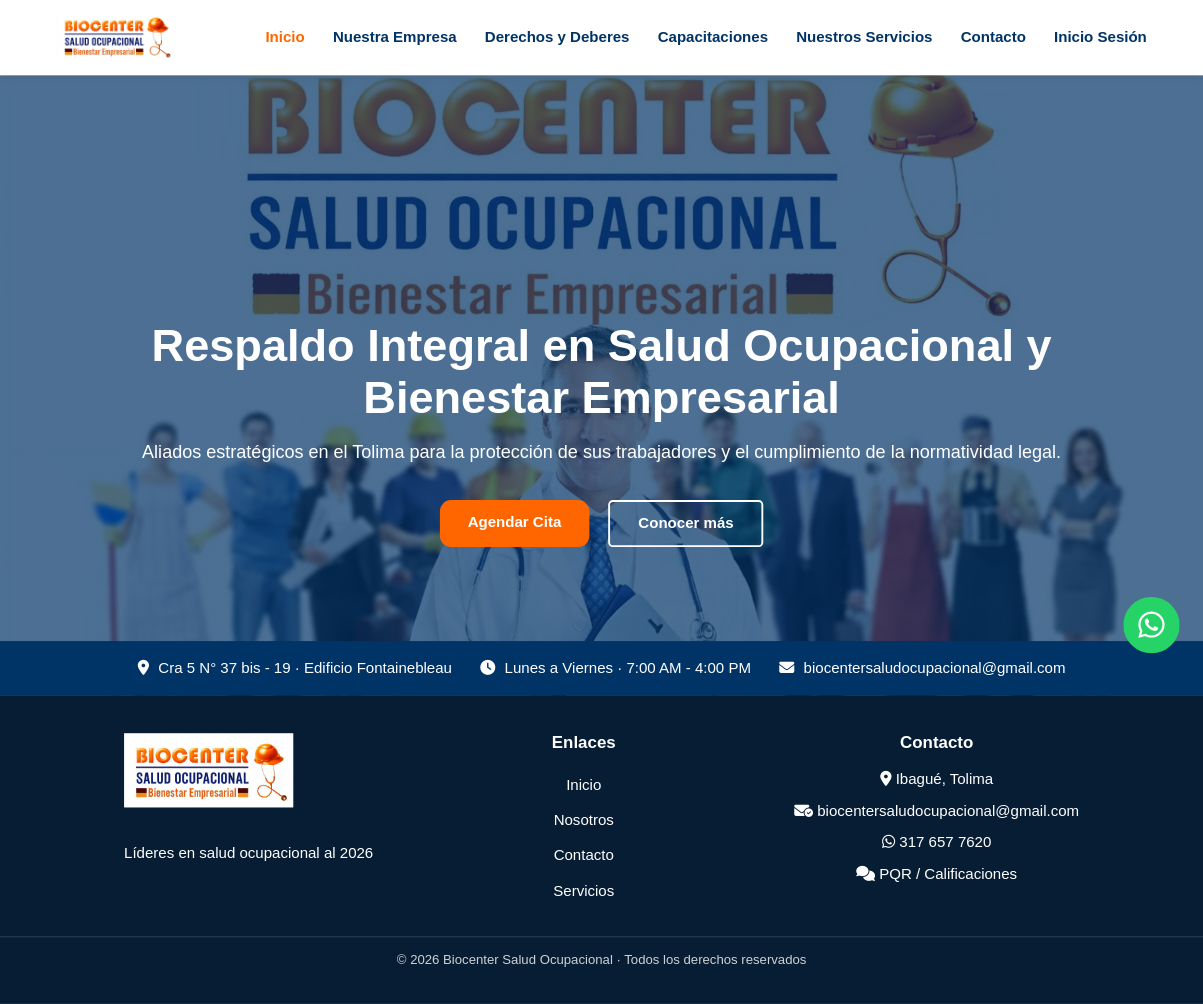
Repository: Miguelperdomo/Biocenter
Page: index.html
An editor plug-in stored every save of this project. The page is shown before and after the next save, followed by the edit.
The browser window is 1280 px wide. The pictures show the whole page, at 94% of full size.

Above is the page before, as saved 2026-02-13 12:08:50.

### index.html
<!DOCTYPE html>
<html lang="es">
<head>
    <meta charset="UTF-8">
    <meta name="viewport" content="width=device-width, initial-scale=1.0">
    <link rel="icon" href="imagenes/logo-biocenter.png" type="image/png">
    <title>Biocenter Salud Ocupacional | Bienestar Empresarial</title>
    <meta name="description" content="Especialistas en salud ocupacional y bienestar integral en el Tolima.">
    <link rel="stylesheet" href="diseno/style.css">
    <link rel="stylesheet"
          href="https://cdnjs.cloudflare.com/ajax/libs/font-awesome/6.5.1/css/all.min.css">
</head>

<!-- ================= INCIO DEL PQR  ================= -->
<div class="pqr-modal" id="pqrModal">
  <div class="pqr-box">

    <button class="pqr-close" id="closePqr">&times;</button>

    <h2>PQR y Calificaciones</h2>
    <p class="pqr-sub">
      Tu opinión es muy importante para nosotros 💙
    </p>

    <form action="PHP/enviar_pqr.php" method="POST">

      <div class="pqr-group">
        <label>Nombre completo</label>
        <input type="text" name="nombre" required>
      </div>

      <div class="pqr-group">
        <label>Correo electrónico</label>
        <input type="email" name="correo" required>
      </div>

      <div class="pqr-group">
        <label>Tipo de solicitud</label>
        <select name="tipo" required>
          <option value="">Selecciona una opción</option>
          <option>Petición</option>
          <option>Queja</option>
          <option>Reclamo</option>
          <option>Felicitación</option>
        </select>
      </div>

      <div class="pqr-group">
        <label>Mensaje</label>
        <textarea rows="4" name="mensaje" required></textarea>
      </div>

      <div class="pqr-rating">
        <span>Calificación</span>

        <div class="rating-stars">
            <input type="radio" name="rating" id="star5" value="5" required>
            <label for="star5">★</label>

            <input type="radio" name="rating" id="star4" value="4">
            <label for="star4">★</label>

            <input type="radio" name="rating" id="star3" value="3">
            <label for="star3">★</label>

            <input type="radio" name="rating" id="star2" value="2">
            <label for="star2">★</label>

            <input type="radio" name="rating" id="star1" value="1">
            <label for="star1">★</label>
        </div>
        </div>


      <button class="pqr-btn">
        <i class="fa-solid fa-paper-plane"></i> Enviar PQR
      </button>

    </form>
  </div>
</div>

        <div class="modal-overlay" id="modalConfirm">
            <div class="modal-box">
                <h3 id="modalTitle"></h3>
                    <p id="modalMsg"></p>
                        <button class="btn-primary" id="closeModal">Aceptar</button>
            </div>
        </div>



<body>


<!-- ================= FIN DEL PQR  ================= -->


<!-- ================= INCIO DEL HEADER ================= -->
<header class="menu-desplegable">
    <nav class="container">
        <div class="logo">
            <a href="index.html">
                <img src="imagenes/logo-biocenter.png" alt="Logo Biocenter">
            </a>
        </div>

        <ul class="nav-menu">
            <li><a href="index.html" class="active">Inicio</a></li>
            <li><a href="nosotros.html">Nuestra Empresa</a></li>
            <li><a href="derechos_deberes.html">Derechos y Deberes</a></li>
            <li><a href="capacitaciones.html">Capacitaciones</a></li>
            <li><a href="servicios.html">Nuestros Servicios</a></li>
            <li><a href="contacto.html">Contacto</a></li>
             <li><a href="*">Inicio Sesión</a></li>
        </ul>

        <div class="nav-toggle">
            <i class="fas fa-bars"></i>
        </div>
    </nav>
</header>
<!-- ================= FIN DEL HEADER ================= -->


<!-- ================= INCIO DEL CUYERPO DE LA PAGINA  ================= -->
<section class="hero">
    <div class="hero-content container">
        <h1>Respaldo Integral en Salud Ocupacional y Bienestar Empresarial</h1>
        <p>
            Aliados estratégicos en el Tolima para la protección de sus trabajadores
            y el cumplimiento de la normatividad legal.
        </p>

        <div class="hero-buttons">
            <a href="https://wa.me/573176577620" class="btn btn-primary">Agendar Cita</a>
            <a href="contacto.html" class="btn btn-secondary">Conocer más</a>
        </div>
    </div>
</section>


<!-- ================= INFO BAR ================= -->
<section class="info-bar">
    <div class="info-container">
        <div class="info-item">
            <i class="fas fa-map-marker-alt"></i>
            <span>Cra 5 N° 37 bis - 19 · Edificio Fontainebleau</span>
        </div>

        <div class="info-item">
            <i class="fas fa-clock"></i>
            <span>Lunes a Viernes · 7:00 AM - 4:00 PM</span>
        </div>

        <div class="info-item">
            <i class="fas fa-envelope"></i>
            <span>biocentersaludocupacional@gmail.com</span>
        </div>
    </div>
</section>



<!-- ================= FIN DEL CUYERPO DE LA PAGINA  ================= -->

<!-- ================= INCIIO FOOTER ================= -->
<footer class="footer">
    <div class="footer-container">

        <div class="footer-col">
            <img src="imagenes/logo-biocenter.png" alt="Biocenter">
            <p>Líderes en salud ocupacional al 2026</p>
        </div>


        <div class="enlaces">
            <h4>Enlaces</h4>
            <a href="index.html">Inicio</a>
            <a href="nosotros.html">Nosotros</a>
            <a href="contacto.html">Contacto</a>
            <a href="servicios.html">Servicios</a>
        </div>

        <div>
            <h4>Contacto</h4>
            <p><a href="https://maps.app.goo.gl/pr1ibKEtwjQL5PTQ7" target="_blank" class="footer-link"><i class="fas fa-map-marker-alt"></i> Ibagué, Tolima</a></p>
            <p><a href="mailto:biocentersaludocupacional@gmail.com" class="footer-link"> <i class="fa-solid fa-envelope-circle-check"></i> biocentersaludocupacional@gmail.com </a></p>
            <p><i class="fab fa-whatsapp"></i> 317 657 7620</p>

            <!-- PQR Link -->
            <a href="#" id="openPqr" class="pqr-link">
                <i class="fa-solid fa-comments"></i> PQR / Calificaciones
            </a>
        </div>
    </div>
    <div class="footer-copy">
        © <span id="year"></span> Biocenter Salud Ocupacional · Todos los derechos reservados
    </div>
</footer>

<!-- ================= WHATSAPP ================= -->
<a href="https://wa.me/573176577620" class="whatsapp-float" target="_blank">
    <i class="fab fa-whatsapp"></i>
</a>
<!-- ================= FIN ================= -->

<!-- ================= FIN FOOTER ================= -->
<script>
  document.getElementById("year").textContent = new Date().getFullYear();
</script>


<script src="JS/main.js"></script>
</body>
</html>

Loaded but not shown: JS/main.js (129 lines, source omitted); diseno/style.css (1913 lines, source omitted)

After the next save:
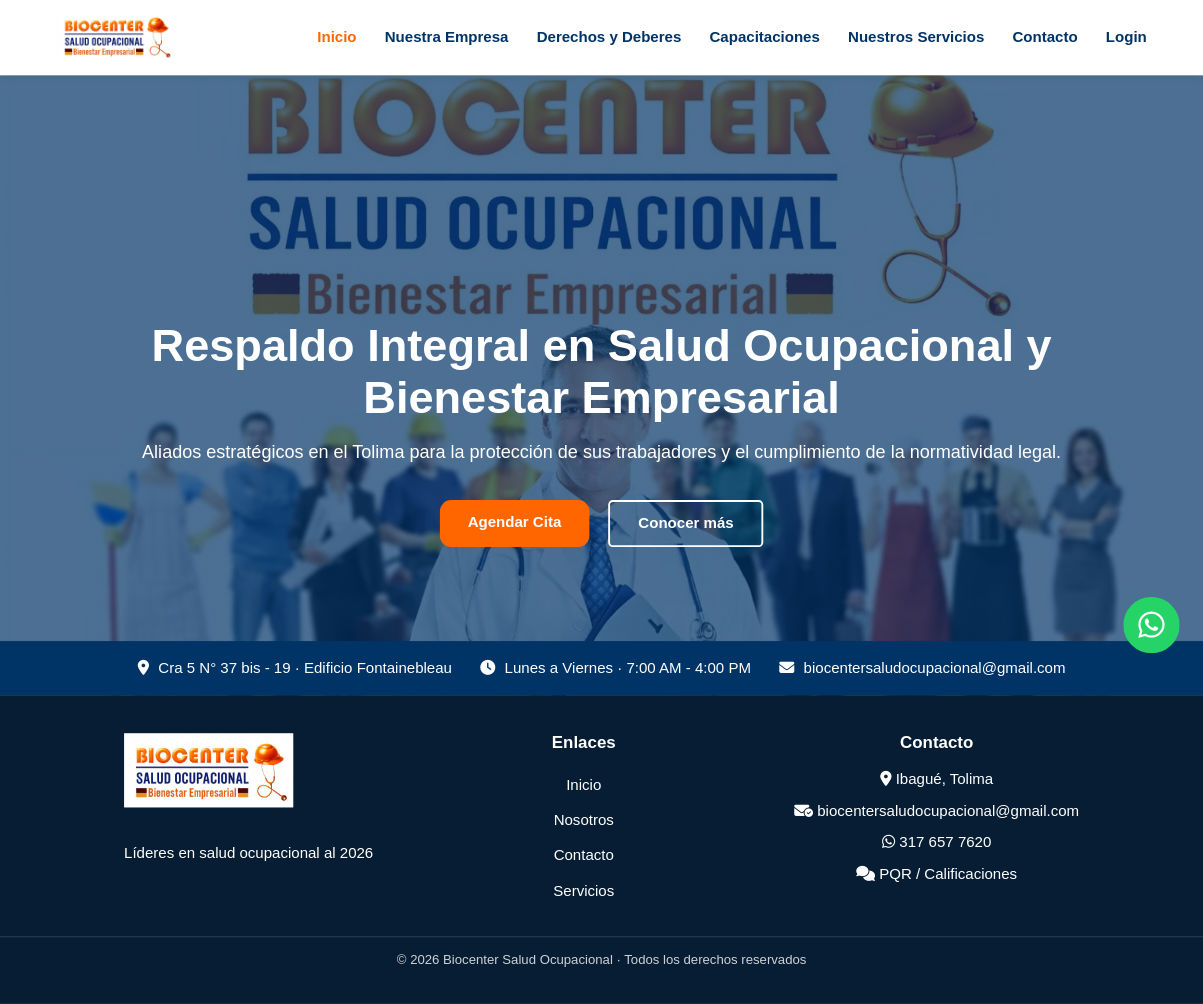
Saved 24 min 52 s later.
--- a/index.html
+++ b/index.html
@@ -112,7 +112,7 @@
             <li><a href="capacitaciones.html">Capacitaciones</a></li>
             <li><a href="servicios.html">Nuestros Servicios</a></li>
             <li><a href="contacto.html">Contacto</a></li>
-             <li><a href="*">Inicio Sesión</a></li>
+             <li><a href="*">Login</a></li>
         </ul>
 
         <div class="nav-toggle">
